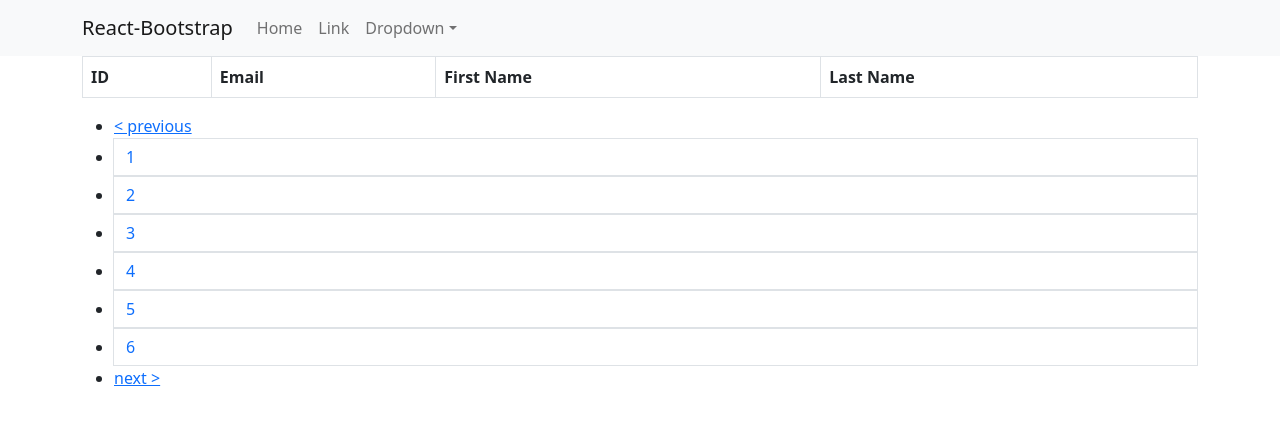
Repository: hieuche123/practice-reactjs
Page: /
These files come from the project's save history. The page is drawn as it stood at one moment and after the next save; the edit follows.
The browser window is 1280 px wide. The pictures show the whole page.
The page's requests for data from a server got no answer. The project was rebuilt for these pictures with package versions that can differ from the ones it lists, and the page was loaded fresh each time. No one was signed in, and anything a server would have sent is missing.

Above is the page before, as saved 2023-03-21 21:02:11.

### src/index.js
import React from 'react';
import ReactDOM from 'react-dom';
import App from './App';
import 'bootstrap/dist/css/bootstrap.min.css';

ReactDOM.render(
  <React.StrictMode>
    <App />
  </React.StrictMode>,
  document.getElementById('root')
);

// If you want to start measuring performance in your app, pass a function
// to log results (for example: reportWebVitals(console.log))
// or send to an analytics endpoint. Learn more: https://bit.ly/CRA-vitals

### src/App.js

import { Container } from 'react-bootstrap';
import './App.scss';
import Header from './components/Header';
import TableUsers from './components/TableUsers';

function App() {
  return (
    <div className="app-container">
      <Header/>
      <Container>
        <TableUsers/>
      </Container>
    </div>
  );
}

export default App;

### src/components/Header.js
import Container from 'react-bootstrap/Container';
import Nav from 'react-bootstrap/Nav';
import Navbar from 'react-bootstrap/Navbar';
import NavDropdown from 'react-bootstrap/NavDropdown';
function Header() {
    return (
        <>
            <Navbar bg="light" expand="lg">
                <Container>
                    <Navbar.Brand href="#home">React-Bootstrap</Navbar.Brand>
                    <Navbar.Toggle aria-controls="basic-navbar-nav" />
                    <Navbar.Collapse id="basic-navbar-nav">
                    <Nav className="me-auto">
                        <Nav.Link href="#home">Home</Nav.Link>
                        <Nav.Link href="#link">Link</Nav.Link>
                        <NavDropdown title="Dropdown" id="basic-nav-dropdown">
                        <NavDropdown.Item href="#action/3.1">Action</NavDropdown.Item>
                        <NavDropdown.Item href="#action/3.2">
                            Another action
                        </NavDropdown.Item>
                        <NavDropdown.Item href="#action/3.3">Something</NavDropdown.Item>
                        <NavDropdown.Divider />
                        <NavDropdown.Item href="#action/3.4">
                            Separated link
                        </NavDropdown.Item>
                        </NavDropdown>
                    </Nav>
                    </Navbar.Collapse>
                </Container>
            </Navbar>
        </>
    );
}

export default Header;

### src/components/TableUsers.js
import axios from 'axios';
import { useEffect, useState } from 'react';
import Table from 'react-bootstrap/Table';
import {fetchAllUser} from '../sevices/UserSevice'
import ReactPaginate from 'react-paginate';
function TableUsers(props) {
    const [listUsers, setListUsers] = useState([]);
    useEffect(()=> {
        getUsers();
    },[])

    const getUsers = async() => {
        let res = await fetchAllUser();
        if(res && res.data) {
            setListUsers(res.data)
        }
        console.log(res)
    }

    const handlePageClick = (event) => {
        // const newOffset = (event.selected * itemsPerPage) % items.length;
        // console.log(
        //   `User requested page number ${event.selected}, which is offset ${newOffset}`
        // );
        // setItemOffset(newOffset);
      };

    return (
        <>
            <Table striped bordered hover>
                <thead>
                    <tr>
                    <th>ID</th>
                    <th>Email</th>
                    <th>First Name</th>
                    <th>Last Name</th>
                    </tr>
                </thead>
                <tbody>
                    {listUsers && listUsers.length > 0 &&
                        listUsers.map((item, index) => {
                            return (
                                <tr key={item.id}>
                                    <th>{item.id}</th>
                                    <th>{item.email}</th>
                                    <th>{item.first_name}</th>
                                    <th>{item.last_name}</th>
                                </tr>
                            )
                        })

                    }
                </tbody>
            </Table>
            <ReactPaginate
                breakLabel="..."
                nextLabel="next >"
                onPageChange={handlePageClick}
                pageRangeDisplayed={5}
                pageCount={6}
                previousLabel="< previous"

                pageClassName='page-item'
                pageLinkClassName='page-link'
                previousClassName='page-item'
            />


        </>
    );
}

export default TableUsers;

### src/sevices/UserSevice.js
import axios from './CustomizeAxios';

const fetchAllUser = () => {
    return axios.get('/users?page=1')
}



export {fetchAllUser};

### src/sevices/CustomizeAxios.js
import axios from "axios";

const instance = axios.create({
    baseURL: 'https://reqres.in/api'
})

// Add a response interceptor
instance.interceptors.response.use(function (response) {
    // Any status code that lie within the range of 2xx cause this function to trigger
    // Do something with response data
    return response.data;
  }, function (error) {
    // Any status codes that falls outside the range of 2xx cause this function to trigger
    // Do something with response error
    return Promise.reject(error);
  });
export default instance;

Loaded but not shown: public/index.html (common file); src/App.scss (common file)

After the next save:
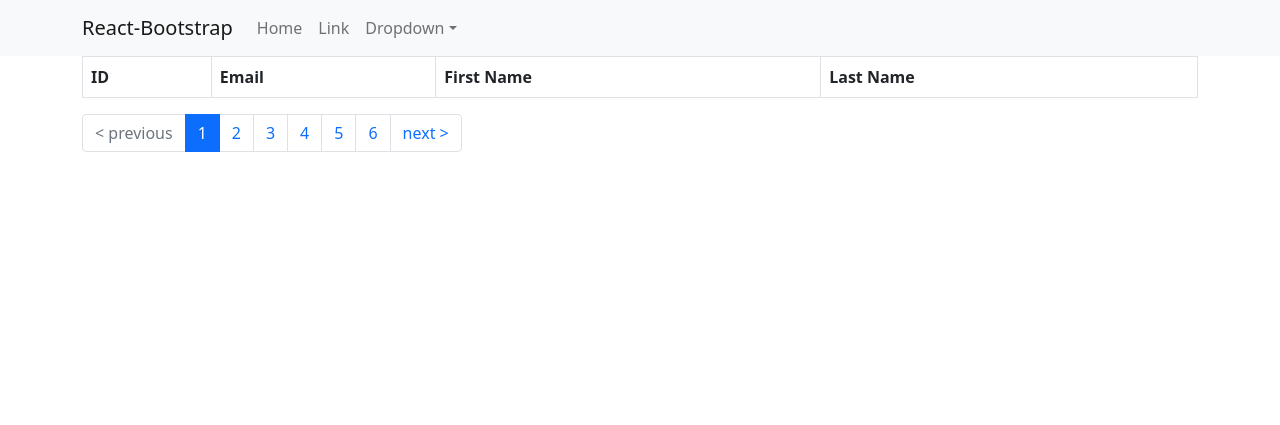
Saved 2 min 42 s later.
--- a/src/components/TableUsers.js
+++ b/src/components/TableUsers.js
@@ -63,6 +63,13 @@ function TableUsers(props) {
                 pageClassName='page-item'
                 pageLinkClassName='page-link'
                 previousClassName='page-item'
+                previousLinkClassName='page-link'
+                nextClassName='page-item'
+                nextLinkClassName='page-link'
+                breakClassName='page-item'
+                breakLinkClassName='page-link'
+                containerClassName='pagination'
+                activeClassName='active'
             />
 
 
